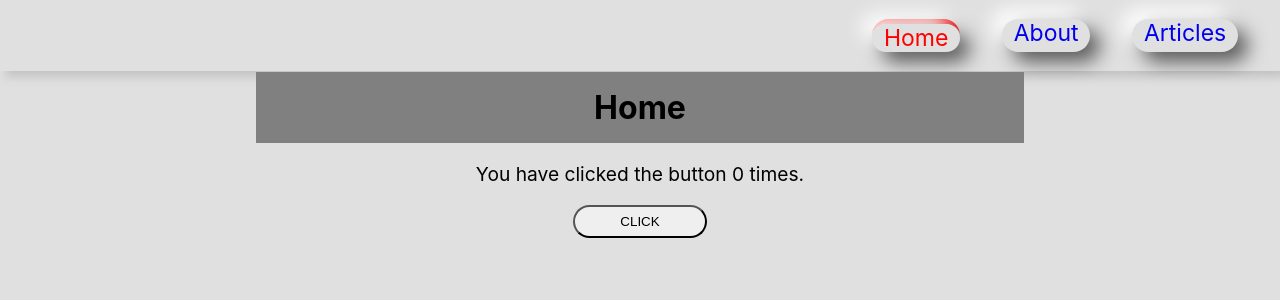
Repository: ShindanoSingi/react-software-architecture-course
Page: /
The author's editor kept a copy of each file at every save. The page is drawn from the files as they stood at one save, then again after the next save.
The browser window is 1280 px wide. The pictures show the whole page.
The project was rebuilt for these pictures with package versions that can differ from the ones it lists, and the page was loaded fresh each time. Also part of the build but not shown: src/App.css, src/pages/About.js, src/pages/Articles.js.

Above is the page before, as saved 2022-12-26 14:14:40.

### public/index.html
<!DOCTYPE html>
<html lang="en">
  <head>
    <meta charset="utf-8" />
    <link rel="icon" href="%PUBLIC_URL%/favicon.ico" />
    <meta name="viewport" content="width=device-width, initial-scale=1" />
    <meta name="theme-color" content="#000000" />
    <meta
      name="description"
      content="Web site created using create-react-app"
    />
    <link rel="apple-touch-icon" href="%PUBLIC_URL%/logo192.png" />
    <!--
      manifest.json provides metadata used when your web app is installed on a
      user's mobile device or desktop. See https://developers.google.com/web/fundamentals/web-app-manifest/
    -->
    <link rel="manifest" href="%PUBLIC_URL%/manifest.json" />
    <!--
      Notice the use of %PUBLIC_URL% in the tags above.
      It will be replaced with the URL of the `public` folder during the build.
      Only files inside the `public` folder can be referenced from the HTML.

      Unlike "/favicon.ico" or "favicon.ico", "%PUBLIC_URL%/favicon.ico" will
      work correctly both with client-side routing and a non-root public URL.
      Learn how to configure a non-root public URL by running `npm run build`.
    -->
    <!-- {{ styles }} -->
    <title>React App</title>
  </head>
  <body>
    <noscript>You need to enable JavaScript to run this app.</noscript>
    <div id="root"></div>
    <!--
      This HTML file is a template.
      If you open it directly in the browser, you will see an empty page.

      You can add webfonts, meta tags, or analytics to this file.
      The build step will place the bundled scripts into the <body> tag.

      To begin the development, run `npm start` or `yarn start`.
      To create a production bundle, use `npm run build` or `yarn build`.
    -->
  </body>
</html>

### src/index.js
import React from 'react';
import ReactDOM from 'react-dom/client';
import './index.css';
import App from './App';
import reportWebVitals from './reportWebVitals';
import { BrowserRouter } from 'react-router-dom';
import { hydrate } from 'react-dom';

// const root = ReactDOM.createRoot(document.getElementById('root'));
hydrate(
  <BrowserRouter>
    <App />
  </BrowserRouter>,
  document.getElementById("root")
);

// If you want to start measuring performance in your app, pass a function
// to log results (for example: reportWebVitals(console.log))
// or send to an analytics endpoint. Learn more: https://bit.ly/CRA-vitals
reportWebVitals();

### src/index.css
body {
  margin: 0;
  font-family: -apple-system, BlinkMacSystemFont, 'Segoe UI', 'Roboto', 'Oxygen',
    'Ubuntu', 'Cantarell', 'Fira Sans', 'Droid Sans', 'Helvetica Neue',
    sans-serif;
  -webkit-font-smoothing: antialiased;
  -moz-osx-font-smoothing: grayscale;

  background: #e0e0e0;
  box-shadow: 5px 5px 10px #bebebe,
      -5px -5px 10px #ffffff;
}

.container::-webkit-scrollbar {
  display: none;
}

.p{
  font-size: 1.2em;
}

button{
  padding: 0.5em;
  width: 10em;
  margin: 0 auto;
  border-radius: 30px;
}

.container {
  -ms-overflow-style: none;
  scrollbar-width: none;
}

code {
  font-family: source-code-pro, Menlo, Monaco, Consolas, 'Courier New',
    monospace;
}

h1 {
  text-align: center;
  margin: 0rem;
  padding: 0.5em;
}

.is-active {
  color: red;
  border-top: 5px solid red;
  border-radius: 205px;
}

.home,
.about,
.articles {
  border-radius: 205px;
  background: #e0e0e0;
  box-shadow: 10px 10px 19px #5a5a5a,
      -10px -10px 19px #ffffff;
  padding: 0 0.5em;
}

.list-container,
a {
  font-size: 1.2em;
  list-style: none;
  text-decoration: none;
  display: flex;
  justify-content: flex-end;
  gap: 1em;
  margin-right: 1em;
}

h1{
  background:grey;
}

p{
  font-size: 1.2em;
}

.nav-bar {
  position: fixed;
  width: 100%;
  top: 0;
  background: #e0e0e0;
  box-shadow: 5px 5px 10px #bebebe,
      -5px -5px 10px #ffffff;
}

.div-container {
  color: black;
}

.counter-button-contianer{
  display: grid;
  justify-content: center;
}

.container {
  position: fixed;
  top: 4.5em;
  width: 60%;
  margin: 0 20%;
  max-height: 90%;
  overflow-y: scroll;

}

### src/App.js
import React from 'react';
import './App.css';
import { Routes, Route, NavLink } from 'react-router-dom';
import Home from './pages/Home';
import About from './pages/About';
import Articles from './pages/Articles';


function App() {

   return (
   <>
      <nav className='nav-bar'>
      <ul className='list-container'>
        <NavLink to='/' className={({isActive}) => isActive ? "is-active" : null}>
          <li className='home'>Home</li>
        </NavLink>

        <NavLink to='/about' className={({isActive}) => isActive ? "is-active" : null}>
          <li className='about'>About</li>
        </NavLink>

        <NavLink to='/articles' className={({isActive}) => isActive ? "is-active" : null}>
          <li className='articles'>Articles</li>
        </NavLink>
      </ul>

    </nav>
      <Routes>
        <Route path='/' element={<Home />}/>
        <Route path='about' element={<About />}/>
        <Route path='articles' element={<Articles />}/>
      </Routes>
    </>
   )
   ;
}

 export default App;

### src/pages/Home.js
import React from 'react'
import CounterButton from './CounterButton'

function Home() {
  return (
    <div className='container'>
      <h1>Home</h1>
	<CounterButton />
    </div>
  )
}

export default Home

### src/pages/CounterButton.js
import { React, useState } from 'react'

const CounterButton = () => {
    const [numberOfClick, setNumberofClicks] = useState(0);
  return (
    <div className='counter-button-contianer'>
      <p>You have clicked the button {numberOfClick} times.</p>
      <button onClick={()=>{
        setNumberofClicks(numberOfClick + 1);
      }}>CLICK</button>
    </div>
  )
}

export default CounterButton

Loaded but not shown: src/reportWebVitals.js (common file)

After the next save:
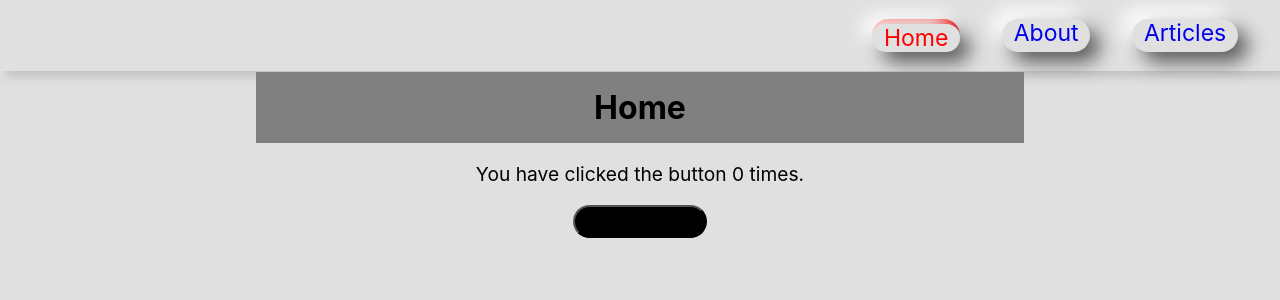
Saved 12 s later.
--- a/src/index.css
+++ b/src/index.css
@@ -24,6 +24,7 @@ button{
   width: 10em;
   margin: 0 auto;
   border-radius: 30px;
+  background: #000;
 }
 
 .container {
